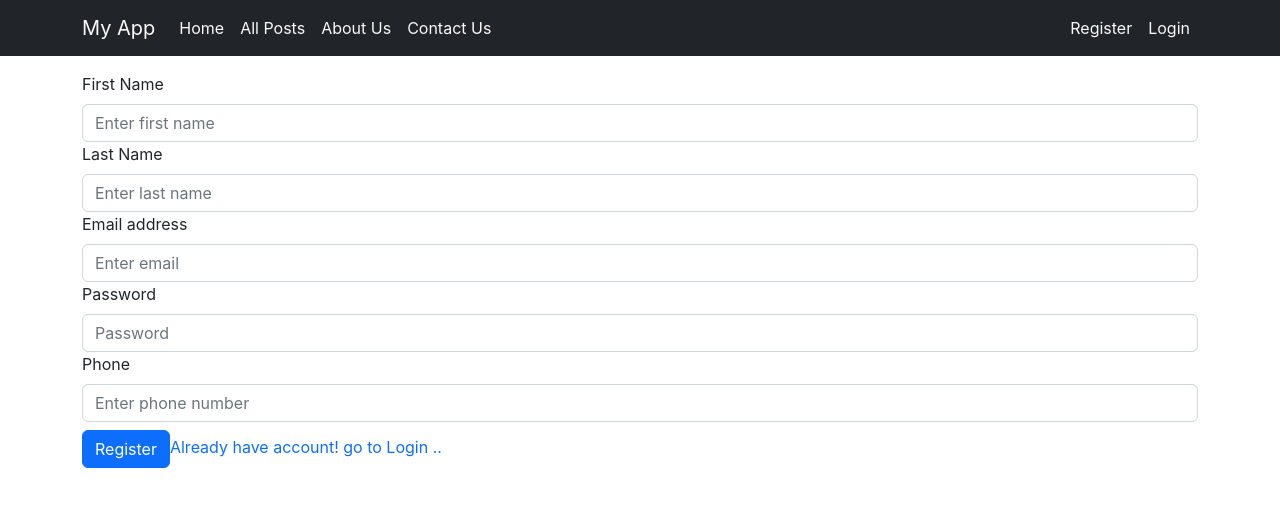
Repository: HiteshKumarMeghwar/react-redux-golang-mysql
Page: /register (app in react-redux/)
These files come from the project's save history. The page is drawn as it stood at one moment and after the next save; the edit follows.
The browser window is 1280 px wide. The pictures show the whole page.
Some web libraries are served in a nearby version. The project was rebuilt for these pictures with package versions that can differ from the ones it lists, and the page was loaded fresh each time. Also part of the build but not shown: react-redux/src/App.css, react-redux/src/components/Login.js, react-redux/src/components/Dashboard.js, react-redux/src/components/AllPosts.js, react-redux/src/components/AboutUs.js, react-redux/src/components/ContactUs.js.

Above is the page before, as saved 2023-03-15 11:44:56.

After the next save:
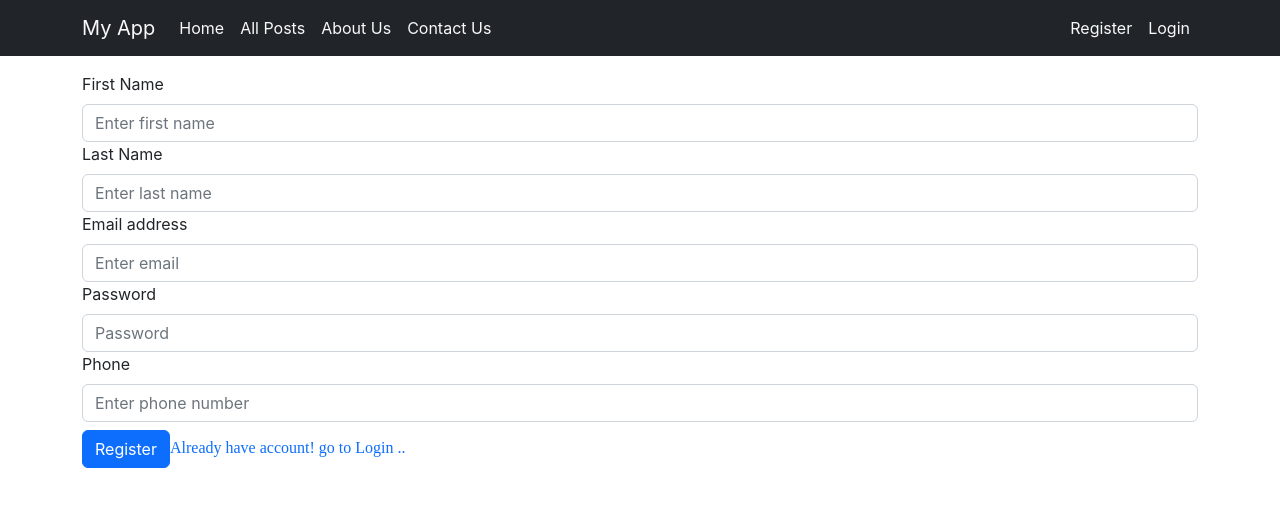
Saved 116 s later.
--- a/react-redux/src/components/Register.js
+++ b/react-redux/src/components/Register.js
@@ -113,7 +113,7 @@ const Register = () => {
           </Form.Group>
           <div className='pt-2'>
             <Button type='submit' >Register</Button>
-            <Link to="/login" className='text-decoration-none ml-2'>Already have account! go to Login ..</Link>
+            <Link to="/login" className='text-decoration-none' style={{fontFamily: 'cursive'}}>Already have account! go to Login ..</Link>
           </div>
         </Form>
       </div>
